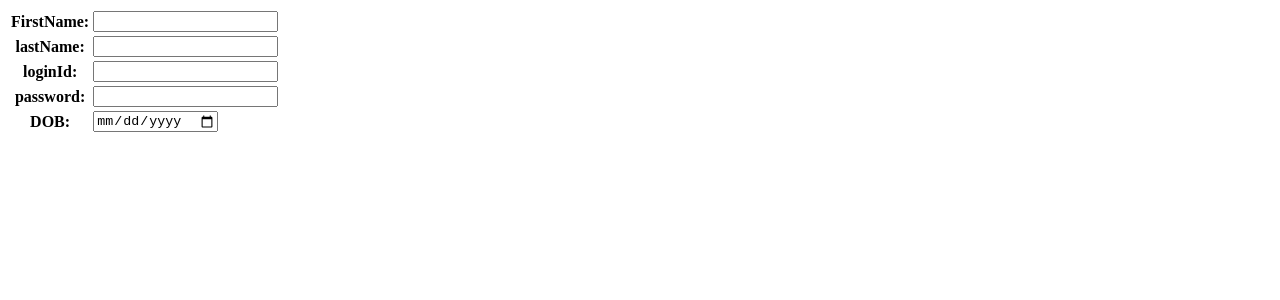
Repository: vikash9562/AdvanceJava
Page: http://localhost/DynamicProject/UserRegistration.jsp
The author's editor kept a copy of each file at every save. The page is drawn from the files as they stood at one save, then again after the next save.
The browser window is 1280 px wide. The pictures show the whole page.
The page is served by Tomcat 9.

Above is the page before, as saved 2023-08-14 08:47:44.

After the next save:
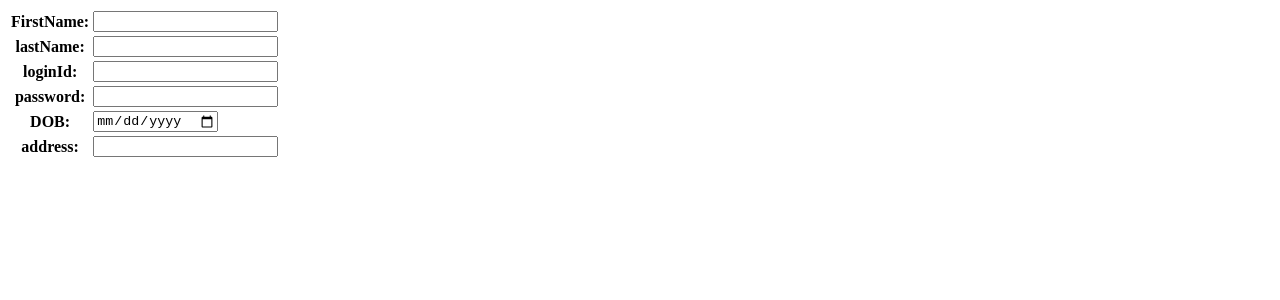
Saved 32 s later.
--- a/advance java/DynamicProject/WebContent/UserRegistration.jsp
+++ b/advance java/DynamicProject/WebContent/UserRegistration.jsp
@@ -34,6 +34,11 @@
 								<td><Input type="date"name="dob"></td>
 							</tr>
 
+							<tr>
+								<th> address:</th>
+								<td><Input type="text"name="address"></td>
+							</tr>
+
 					</table>
 		</form>
 </body>
